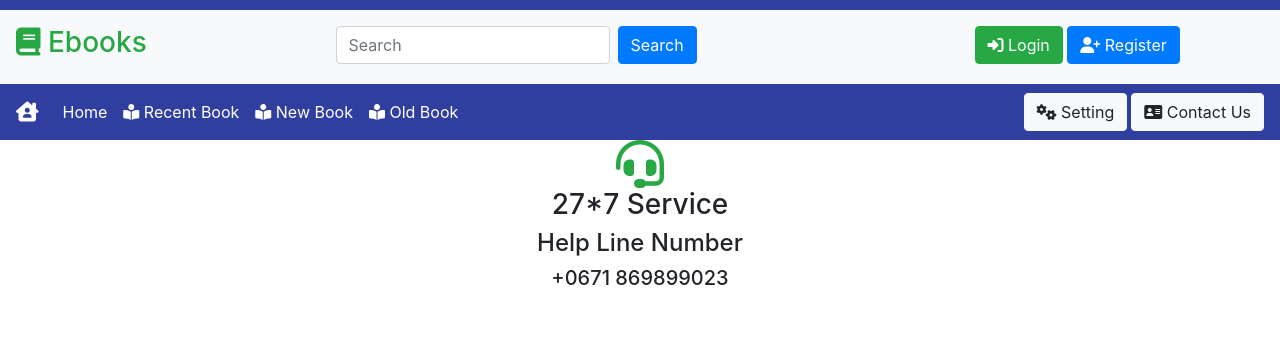
Repository: chittaranjan24/E-Books_Management_System
Page: http://localhost/Ebook-App/helpline.jsp
An editor plug-in stored every save of this project. The page is shown before and after the next save, followed by the edit.
The browser window is 1280 px wide. The pictures show the whole page.
Some web libraries are served in a nearby version. The page is served by Tomcat 9. Other server files are loaded and not shown.

Above is the page before, as saved 2023-08-31 11:42:51.

### Ebook-App/src/main/webapp/helpline.jsp
<%@ page language="java" contentType="text/html; charset=ISO-8859-1"
	pageEncoding="ISO-8859-1"%>
<!DOCTYPE html>
<html>
<head>
<meta charset="ISO-8859-1">
<title>Help Center</title>
<%@include file="all_component/allCss.jsp"%>
</head>
<body>
	<%@include file="all_component/navbar.jsp"%>

	<div class="container">
		<div class="row">
			<div class="col-md-4 offset-md-4 text-center">
				<div class="text-success">
				<i class="fa-solid fa-headset fa-3x"></i>
				</div>
				<h3>27*7 Service</h3>
				<h4>Help Line Number</h4>
				<h5>+0671 869899023</h5>
			</div>
		</div>
	</div>

</body>
</html>

### Ebook-App/src/main/webapp/all_component/allCss.jsp
<link rel="stylesheet"
	href="https://cdn.jsdelivr.net/npm/bootstrap@4.0.0/dist/css/bootstrap.min.css"
	integrity="sha384-Gn5384xqQ1aoWXA+058RXPxPg6fy4IWvTNh0E263XmFcJlSAwiGgFAW/dAiS6JXm"
	crossorigin="anonymous">


<script src="https://code.jquery.com/jquery-3.2.1.slim.min.js"
	integrity="sha384-KJ3o2DKtIkvYIK3UENzmM7KCkRr/rE9/Qpg6aAZGJwFDMVNA/GpGFF93hXpG5KkN"
	crossorigin="anonymous"></script>
<script
	src="https://cdn.jsdelivr.net/npm/popper.js@1.12.9/dist/umd/popper.min.js"
	integrity="sha384-ApNbgh9B+Y1QKtv3Rn7W3mgPxhU9K/ScQsAP7hUibX39j7fakFPskvXusvfa0b4Q"
	crossorigin="anonymous"></script>
<script
	src="https://cdn.jsdelivr.net/npm/bootstrap@4.0.0/dist/js/bootstrap.min.js"
	integrity="sha384-JZR6Spejh4U02d8jOt6vLEHfe/JQGiRRSQQxSfFWpi1MquVdAyjUar5+76PVCmYl"
	crossorigin="anonymous"></script>


<link rel="stylesheet"
	href="https://cdnjs.cloudflare.com/ajax/libs/font-awesome/6.4.2/css/all.min.css"
	integrity="sha512-z3gLpd7yknf1YoNbCzqRKc4qyor8gaKU1qmn+CShxbuBusANI9QpRohGBreCFkKxLhei6S9CQXFEbbKuqLg0DA=="
	crossorigin="anonymous" referrerpolicy="no-referrer" />


<link rel="stylesheet" href="all_component/style.css">

### Ebook-App/src/main/webapp/all_component/navbar.jsp
<%@ taglib prefix="c" uri="http://java.sun.com/jsp/jstl/core"%>
<%@page isELIgnored="false" %>

<div class="container-fluid"
	style="height: 10px; background-color: #303f9f"></div>

<div class="container-fluid p-3 bg-light">
	<div class="row">
		<div class="col-md-3 text-success">
			<h3>
				<i class="fa-solid fa-book"></i> Ebooks
			</h3>
		</div>
		<div class="col-md-6">
			<form class="form-inline my-2 my-lg-0" action="search.jsp" method="post">
				<input class="form-control mr-sm-2" type="search" name="ch"
					placeholder="Search" aria-label="Search">
				<button class="btn btn-primary my-2 my-sm-0" type="submit">Search</button>
			</form>
		</div>

		<c:if test="${not empty userobj }">

		<div class="col-md-3">

		<a href="checkout.jsp"><i class="fa-solid fa-cart-arrow-down fa-2x"></i></a>

			<button class="btn btn-success">
			<i class="fa-solid fa-circle-user"></i> ${userobj.name}</button>

			<a href="logout" class="btn btn-primary text-white">
			<i class="fa-solid fa-power-off"></i> Logout</a>
		</div>

		</c:if>

		<c:if test="${empty userobj }">

		<div class="col-md-3">
			<a href="login.jsp" class="btn btn-success"><i
				class="fa-solid fa-right-to-bracket"></i> Login</a> <a
				href="register.jsp" class="btn btn-primary text-white"><i
				class="fa-solid fa-user-plus"></i> Register</a>
		</div>

		</c:if>


	</div>
</div>


<nav class="navbar navbar-expand-lg navbar-dark bg-custom">
	<a class="navbar-brand" href="index.jsp"> <i
		class="fa-solid fa-house-chimney-user"></i>
	</a>
	<button class="navbar-toggler" type="button" data-toggle="collapse"
		data-target="#navbarSupportedContent"
		aria-controls="navbarSupportedContent" aria-expanded="false"
		aria-label="Toggle navigation">
		<span class="navbar-toggler-icon"></span>
	</button>

	<div class="collapse navbar-collapse" id="navbarSupportedContent">
		<ul class="navbar-nav mr-auto">
			<li class="nav-item active"><a class="nav-link" href="index.jsp">Home
					<span class="sr-only">(current)</span>
			</a></li>
			<li class="nav-item active"><a class="nav-link" href="all_recent_book.jsp"> <i
					class="fa-solid fa-book-open-reader"></i> Recent Book
			</a></li>
			<li class="nav-item active"><a class="nav-link" href="all_new_book.jsp"> <i
					class="fa-solid fa-book-open-reader"></i> New Book
			</a></li>

			<li class="nav-item active"><a class="nav-link disabled"
				href="all_old_book.jsp"> <i class="fa-solid fa-book-open-reader"></i> Old Book
			</a></li>
		</ul>
		<form class="form-inline my-2 my-lg-0">

			<a href="setting.jsp" class="btn btn-light my-2 my-sm-0" type="submit">
				<i class="fa-solid fa-gears"></i> Setting
			</a>
			<a href="helpline.jsp" class="btn btn-light my-2 my-sm-0 ml-1" type="submit">
				<i class="fa-solid fa-address-card"></i> Contact Us
			</a>

		</form>
	</div>
</nav>

### Ebook-App/src/main/webapp/all_component/style.css
.bg-custom{
	background-color: #303f9f;
}

.navbar .nav-item:hover .nav-link {
	background-color: white;
	color: #303f9f;
	border-radius: 15px;
}

After the next save:
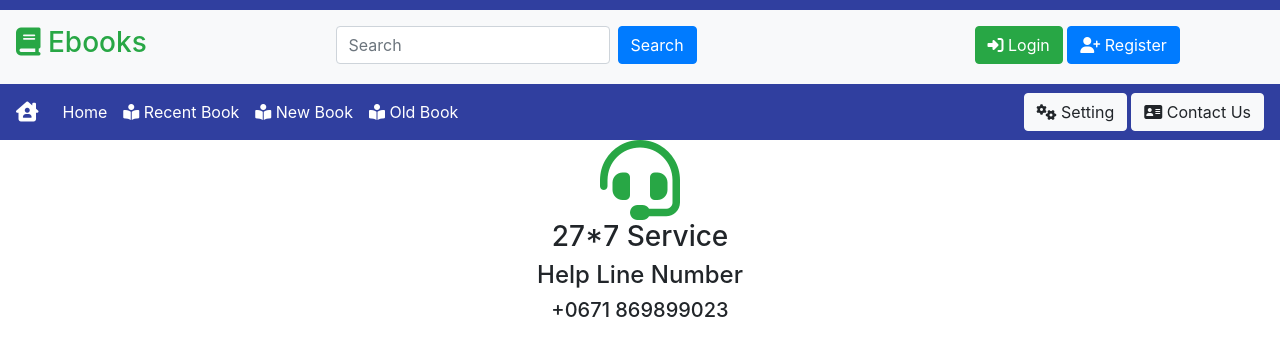
Saved 7 s later.
--- a/Ebook-App/src/main/webapp/helpline.jsp
+++ b/Ebook-App/src/main/webapp/helpline.jsp
@@ -14,7 +14,7 @@
 		<div class="row">
 			<div class="col-md-4 offset-md-4 text-center">
 				<div class="text-success">
-				<i class="fa-solid fa-headset fa-3x"></i>
+				<i class="fa-solid fa-headset fa-5x"></i>
 				</div>
 				<h3>27*7 Service</h3>
 				<h4>Help Line Number</h4>
